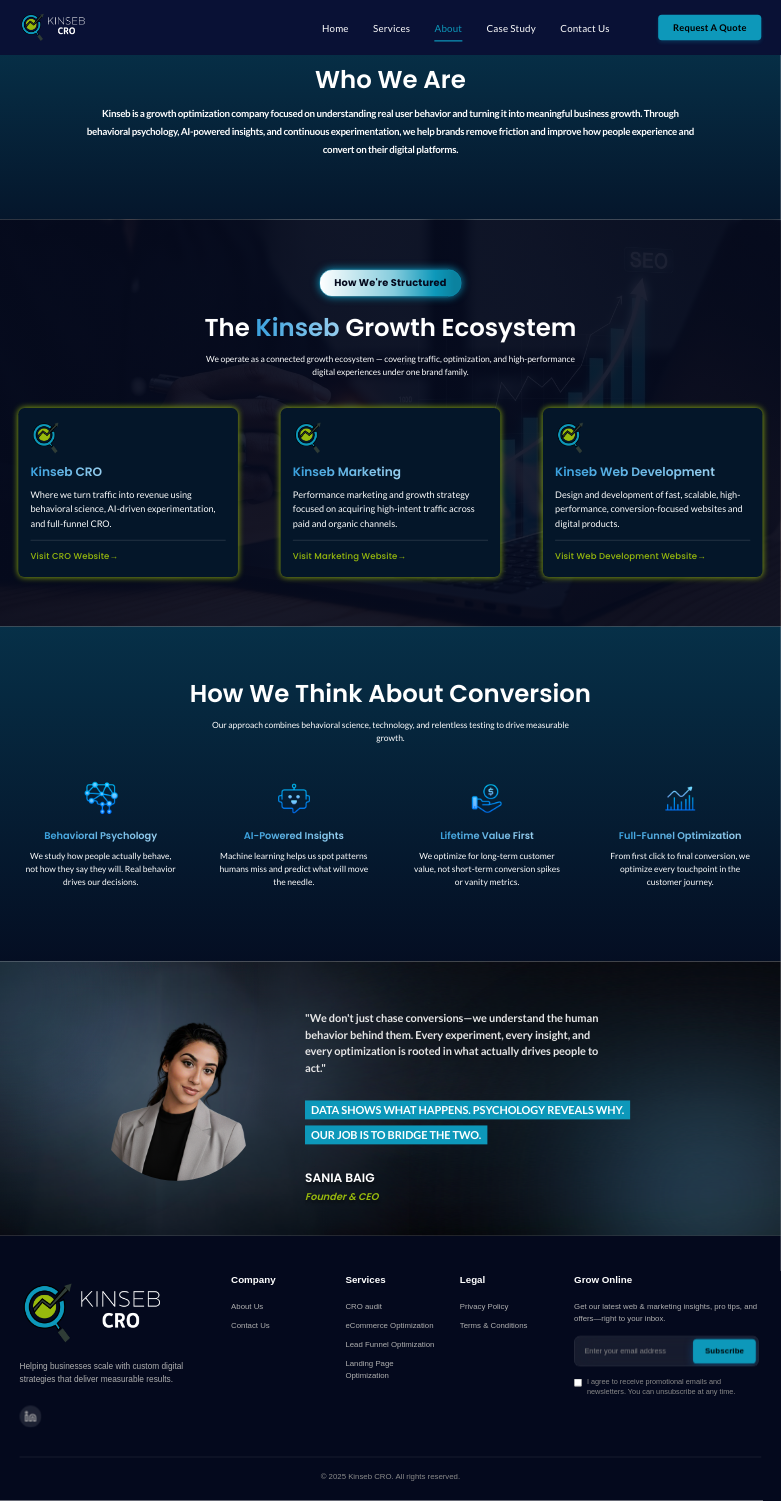
Repository: YahyaK01/kinseb
Page: /about
These files come from the project's save history. The page is drawn as it stood at one moment and after the next save; the edit follows.
The browser window is 1280 px wide. The pictures show the whole page, at 61% of full size.
The project was rebuilt for these pictures with package versions that can differ from the ones it lists, and the page was loaded fresh each time. Also part of the build but not shown: src/components/FAQ.js, src/components/CTA.jsx, src/components/MetricsSection.jsx, src/components/WhyCROMatter.jsx, src/components/Processsection.jsx, src/components/Hero.jsx, src/components/marquee.jsx, src/components/Testimonia.jsx and 22 more.

Above is the page before, as saved 2025-12-11 18:39:31.

### public/index.html
<!DOCTYPE html>
<html lang="en">
  <head>
    <meta charset="utf-8" />
    <link rel="icon" href="/images/website-logo.png" />
    <meta name="viewport" content="width=device-width, initial-scale=1" />
    <meta name="theme-color" content="#000000" />
    <meta
      name="description"
      content="Kinseb CRO - Your trusted partner for Conversion Rate Optimization. We specialize in data-driven CRO strategies, A/B testing, user experience optimization, and conversion funnel analysis to maximize your website's performance and ROI."
    />
    <meta name="keywords" content="conversion rate optimization, CRO services, A/B testing, conversion funnel optimization, user experience optimization, website optimization, Kinseb CRO, landing page optimization, conversion strategy, increase conversions" />
    <meta name="author" content="Kinseb CRO" />
    <meta property="og:title" content="Kinseb CRO - Conversion Rate Optimization Experts" />
    <meta property="og:description" content="Your trusted partner for data-driven Conversion Rate Optimization. We help businesses maximize their website conversions through strategic testing and optimization." />
    <meta property="og:image" content="/images/website-logo.png" />
    <meta property="og:type" content="website" />
    <meta name="twitter:card" content="summary_large_image" />
    <meta name="twitter:title" content="Kinseb CRO - Conversion Rate Optimization Experts" />
    <meta name="twitter:description" content="Your trusted partner for data-driven Conversion Rate Optimization. Turn more visitors into customers with strategic testing and optimization." />
    <meta name="twitter:image" content="/images/logo.png" />
    <link rel="apple-touch-icon" href="/images/logo.png" />

    <!-- Preconnect to Google Fonts (speeds up font loading) -->
    <link rel="preconnect" href="https://fonts.googleapis.com">
    <link rel="preconnect" href="https://fonts.gstatic.com" crossorigin>

    <!-- Async load fonts (non-blocking - won't delay page render) -->
    <link rel="preload" as="style" href="https://fonts.googleapis.com/css2?family=Poppins:wght@300;400;500;600;700&display=swap" onload="this.onload=null;this.rel='stylesheet'">
    <link rel="preload" as="style" href="https://fonts.googleapis.com/css2?family=Lato:wght@100;300;400;700;900&display=swap" onload="this.onload=null;this.rel='stylesheet'">

    <!-- Fallback for browsers without JavaScript -->
    <noscript>
      <link rel="stylesheet" href="https://fonts.googleapis.com/css2?family=Poppins:wght@300;400;500;600;700&display=swap">
      <link rel="stylesheet" href="https://fonts.googleapis.com/css2?family=Lato:wght@100;300;400;700;900&display=swap">
    </noscript>

    <!--
      manifest.json provides metadata used when your web app is installed on a
      user's mobile device or desktop. See https://developers.google.com/web/fundamentals/web-app-manifest/
    -->
    <link rel="manifest" href="%PUBLIC_URL%/manifest.json" />
    <!--
      Notice the use of %PUBLIC_URL% in the tags above.
      It will be replaced with the URL of the `public` folder during the build.
      Only files inside the `public` folder can be referenced from the HTML.

      Unlike "/favicon.ico" or "favicon.ico", "%PUBLIC_URL%/favicon.ico" will
      work correctly both with client-side routing and a non-root public URL.
      Learn how to configure a non-root public URL by running `npm run build`.
    -->
    <title>Kinseb CRO - Conversion Rate Optimization Experts</title>
  </head>
  <body>
    <noscript>You need to enable JavaScript to run this app.</noscript>
    <div id="root"></div>
    <!--
      This HTML file is a template.
      If you open it directly in the browser, you will see an empty page.

      You can add webfonts, meta tags, or analytics to this file.
      The build step will place the bundled scripts into the <body> tag.

      To begin the development, run `npm start` or `yarn start`.
      To create a production bundle, use `npm run build` or `yarn build`.
    -->
  </body>
</html>

### src/components/CEO.jsx
import React, { useEffect, useRef, useState } from 'react';

const FounderQuote = () => {
  const [isVisible, setIsVisible] = useState(false);
  const sectionRef = useRef(null);

  useEffect(() => {
    const observer = new IntersectionObserver(
      ([entry]) => {
        if (entry.isIntersecting) {
          setIsVisible(true);
        }
      },
      {
        threshold: 0.1,
        rootMargin: '0px',
      }
    );

    if (sectionRef.current) {
      observer.observe(sectionRef.current);
    }

    return () => {
      if (sectionRef.current) {
        observer.unobserve(sectionRef.current);
      }
    };
  }, []);

  return (
    <>
      <style>
        {`
          .founder-quote-section {
            position: relative;
            width: 100%;
            max-width: 1440px;
            height: 400px;
            margin: 0 auto;
            background: url('/images/112.png');
            background-size: cover;
            background-position: center;
            overflow: hidden;
            opacity: 0;
            visibility: hidden;
            transform: translateY(50px);
            transition: opacity 0.8s ease-out, transform 0.8s ease-out, visibility 0s 0.8s;
          }

          .founder-quote-section.visible {
            opacity: 1;
            visibility: visible;
            transform: translateY(0);
            transition: opacity 0.8s ease-out, transform 0.8s ease-out, visibility 0s 0s;
          }

          .blur-ellipse-right {
            position: absolute;
            width: 346px;
            height: 171px;
            right: -50px;
            bottom: -20px;
            background: linear-gradient(263.69deg, #FFFFFF -108.11%, #3AA1DE 98.19%);
            filter: blur(150px);
            border-radius: 50%;
            pointer-events: none;
          }

          .blur-ellipse-left {
            position: absolute;
            width: 197px;
            height: 154px;
            left: -93px;
            top: -26px;
            background: linear-gradient(263.69deg, #FFFFFF -108.11%, #3AA1DE 98.19%);
            filter: blur(150px);
            border-radius: 50%;
            pointer-events: none;
          }

          .founder-image-container {
            position: absolute;
            width: 328px;
            height: 309px;
            left: 256px;
            top: 38px;
            opacity: 0;
            transform: scale(0.8);
            transition: opacity 1s ease-out 0.3s, transform 1s ease-out 0.3s;
          }

          .founder-quote-section.visible .founder-image-container {
            opacity: 1;
            transform: scale(1);
          }

          .founder-image {
            width: 100%;
            height: 100%;
            object-fit: cover;
            border-radius: 164px;
          }

          .quote-content-wrapper {
            position: absolute;
            display: flex;
            flex-direction: column;
            justify-content: center;
            align-items: flex-start;
            padding: 0;
            gap: 20px;
            width: 558px;
            left: 703px;
            top: 70.5px;
            opacity: 0;
            transform: translateX(50px);
            transition: opacity 1s ease-out 0.5s, transform 1s ease-out 0.5s;
          }

          .founder-quote-section.visible .quote-content-wrapper {
            opacity: 1;
            transform: translateX(0);
          }

          .quote-text {
            width: 100%;
            font-family: 'Lato', sans-serif;
            font-weight: 600;
            font-size: 18px;
            line-height: 150%;
            letter-spacing: -0.006em;
            color: #E6E6E6;
            margin: 0 0 20px 0;
          }

          .highlight-tags {
            display: flex;
            flex-direction: column;
            align-items: flex-start;
            gap: 10px;
            width: 100%;
            margin-bottom: 20px;
          }

          .highlight-tag {
            display: flex;
            justify-content: center;
            align-items: center;
            padding: 2px 10px;
            background: #0D98BA;
            font-family: 'Lato', sans-serif;
            font-weight: 700;
            font-size: 18px;
            line-height: 150%;
            letter-spacing: -0.006em;
            text-transform: uppercase;
            color: #FFFFFF;
            white-space: nowrap;
          }

          .author-info {
            display: flex;
            flex-direction: column;
            gap: 5px;
          }

          .author-name {
            font-family: 'Poppins', sans-serif;
            font-weight: 600;
            font-size: 20px;
            line-height: 30px;
            color: #FFFFFF;
            text-shadow: 0px 4px 4px rgba(0, 0, 0, 0.4);
            margin: 0;
          }

          .author-title {
            font-family: 'Poppins', sans-serif;
            font-style: italic;
            font-weight: 600;
            font-size: 16px;
            line-height: 24px;
            color: #98BA0D;
            text-shadow: 0px 4px 4px rgba(0, 0, 0, 0.4);
            margin: 0;
          }

          /* Tablet styles */
          @media screen and (max-width: 1280px) {
            .founder-quote-section {
              height: 450px;
            }

            .founder-image-container {
              width: 280px;
              height: 280px;
              left: 150px;
              top: 80px;
            }

            .quote-content-wrapper {
              width: 500px;
              left: 500px;
              top: 80px;
            }
          }

          /* Tablet - Reposition elements */
          @media screen and (max-width: 1024px) {
            .founder-quote-section {
              height: 500px;
            }

            .founder-image-container {
              width: 250px;
              height: 250px;
              left: 100px;
              top: 120px;
            }

            .quote-content-wrapper {
              width: 450px;
              left: 400px;
              top: 100px;
            }

            .quote-text {
              font-size: 16px;
            }

            .highlight-tag {
              font-size: 16px;
            }
          }

          /* Mobile styles - Stack vertically */
          @media screen and (max-width: 768px) {
            .founder-quote-section {
              height: auto;
              min-height: 600px;
              padding: 60px 24px;
              display: flex;
              flex-direction: column;
              align-items: center;
              justify-content: center;
              gap: 30px;
            }

            .founder-image-container {
              position: relative;
              width: 200px;
              height: 200px;
              left: auto;
              top: auto;
              margin: 0 auto;
            }

            .quote-content-wrapper {
              position: relative;
              width: 100%;
              max-width: 500px;
              left: auto;
              top: auto;
              padding: 0 20px;
            }

            .quote-text {
              font-size: 16px;
              text-align: center;
            }

            .highlight-tags {
              align-items: center;
              width: 100%;
            }

            .highlight-tag {
              font-size: 14px;
              padding: 4px 12px;
              text-align: center;
              width: auto;
            }

            .author-info {
              align-items: center;
              text-align: center;
            }

            .author-name {
              font-size: 18px;
              line-height: 28px;
            }

            .author-title {
              font-size: 14px;
              line-height: 22px;
            }
          }

          /* Small mobile styles */
          @media screen and (max-width: 480px) {
            .founder-quote-section {
              min-height: 550px;
              padding: 50px 20px;
              gap: 25px;
            }

            .founder-image-container {
              width: 180px;
              height: 180px;
            }

            .quote-content-wrapper {
              padding: 0 10px;
            }

            .quote-text {
              font-size: 15px;
              line-height: 24px;
            }

            .highlight-tag {
              font-size: 13px;
              padding: 3px 10px;
            }

            .author-name {
              font-size: 17px;
              line-height: 26px;
            }

            .author-title {
              font-size: 13px;
              line-height: 20px;
            }
          }
        `}
      </style>

      <section
        ref={sectionRef}
        className={`founder-quote-section ${isVisible ? 'visible' : ''}`}
      >
        {/* Decorative Blur Elements */}
        <div className="blur-ellipse-left"></div>
        <div className="blur-ellipse-right"></div>

        {/* Founder Image */}
        <div className="founder-image-container">
          <img
            src="/images/113.png"
            alt="Sania Baig - Founder"
            className="founder-image"
          />
        </div>

        {/* Quote Content */}
        <div className="quote-content-wrapper">
          <p className="quote-text">
            "We don't just chase conversions—we understand the human behavior behind them. Every experiment, every insight, and every optimization is rooted in what actually drives people to act."
          </p>

          <div className="highlight-tags">
            <div className="highlight-tag">
              Data shows what happens. Psychology reveals why.
            </div>
            <div className="highlight-tag">
              Our job is to bridge the two.
            </div>
          </div>

          <div className="author-info">
            <h3 className="author-name">SANIA BAIG</h3>
            <p className="author-title">Founder & CEO</p>
          </div>
        </div>
      </section>
    </>
  );
};

export default FounderQuote;

Loaded but not shown: src/index.js (common file); src/index.css (common file); src/reportWebVitals.js (common file); src/components/Footer.js (596 lines, source omitted); src/App.js (31 lines, source omitted); src/Pages/AboutPage.js (17 lines, source omitted); src/components/Navbar.jsx (1589 lines, source omitted); src/components/GrowthEcosystem.jsx (483 lines, source omitted); src/components/HowWeThink.jsx (372 lines, source omitted); src/components/WhoWeAre.jsx (178 lines, source omitted)

After the next save:
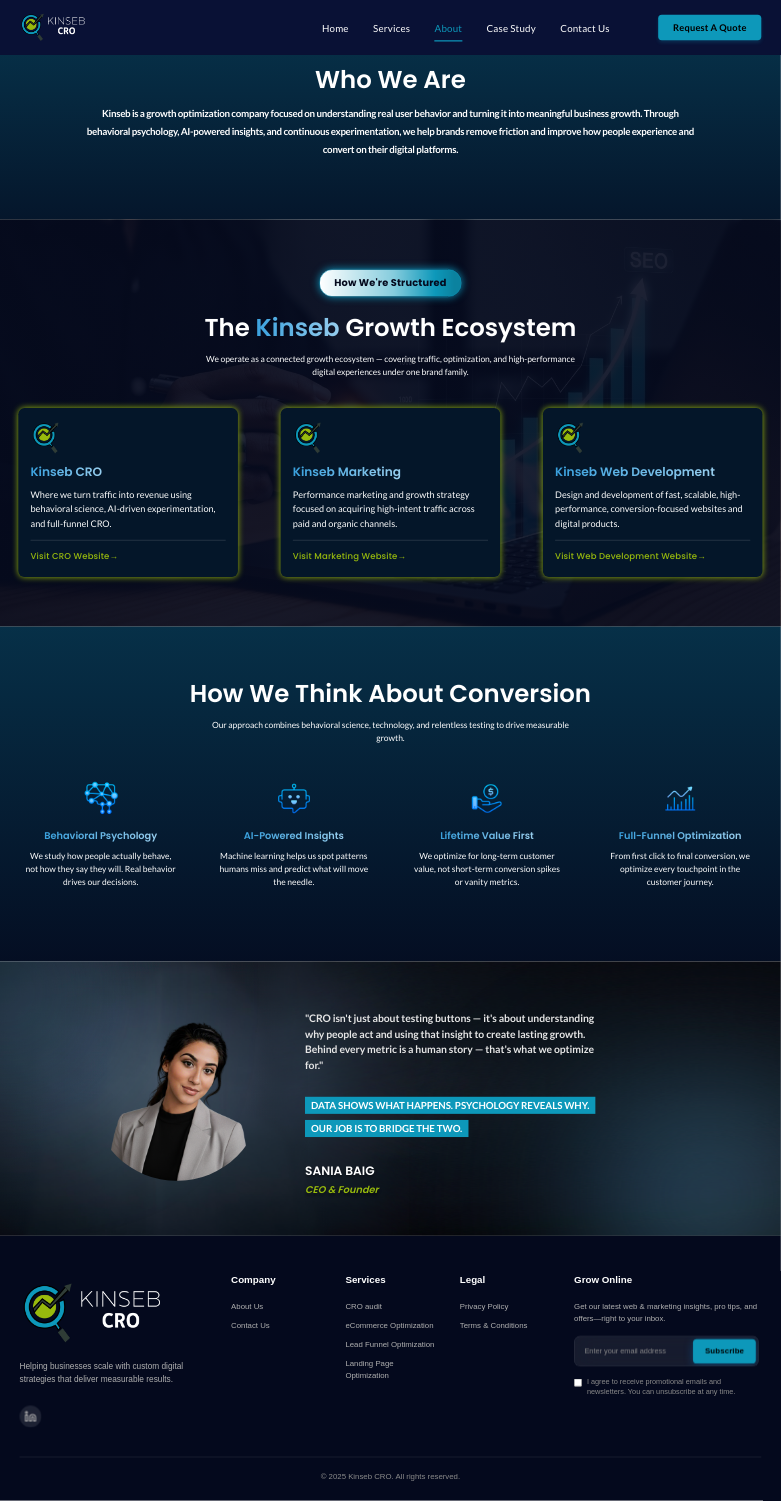
Saved 2 min 16 s later.
--- a/src/components/CEO.jsx
+++ b/src/components/CEO.jsx
@@ -84,7 +84,7 @@
             width: 328px;
             height: 309px;
             left: 256px;
-            top: 38px;
+            top: 45px;
             opacity: 0;
             transform: scale(0.8);
             transition: opacity 1s ease-out 0.3s, transform 1s ease-out 0.3s;
@@ -204,6 +204,14 @@
               left: 500px;
               top: 80px;
             }
+
+            .quote-text {
+              font-size: 17px;
+            }
+
+            .highlight-tag {
+              font-size: 16px;
+            }
           }
 
           /* Tablet - Reposition elements */
@@ -230,7 +238,7 @@
             }
 
             .highlight-tag {
-              font-size: 16px;
+              font-size: 15px;
             }
           }
 
@@ -358,7 +366,7 @@
         {/* Quote Content */}
         <div className="quote-content-wrapper">
           <p className="quote-text">
-            "We don't just chase conversions—we understand the human behavior behind them. Every experiment, every insight, and every optimization is rooted in what actually drives people to act."
+            "CRO isn't just about testing buttons — it's about understanding why people act and using that insight to create lasting growth. Behind every metric is a human story — that's what we optimize for."
           </p>
 
           <div className="highlight-tags">
@@ -372,7 +380,7 @@
 
           <div className="author-info">
             <h3 className="author-name">SANIA BAIG</h3>
-            <p className="author-title">Founder & CEO</p>
+            <p className="author-title">CEO & Founder</p>
           </div>
         </div>
       </section>

After the save that followed:
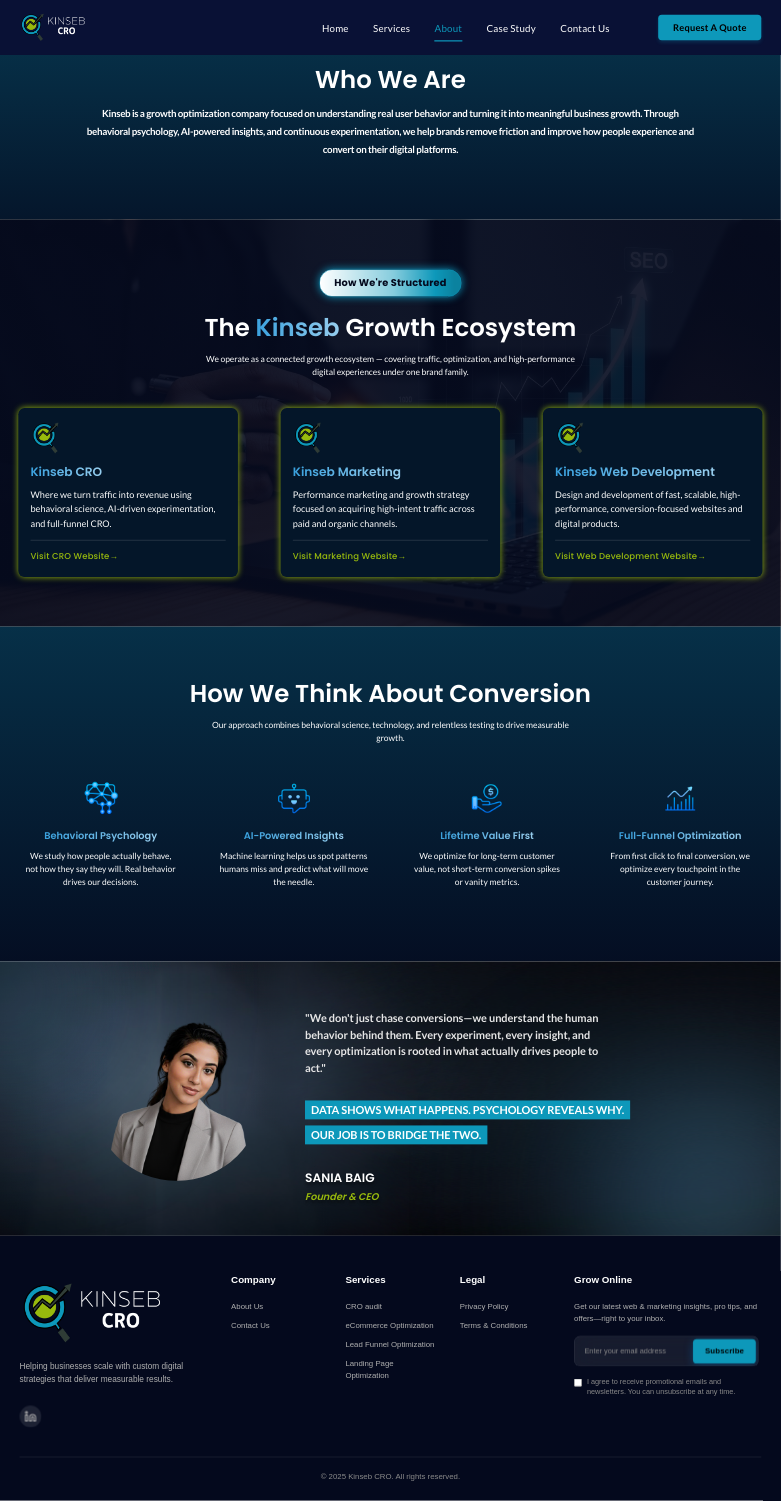
Saved 7 s later.
--- a/src/components/CEO.jsx
+++ b/src/components/CEO.jsx
@@ -84,7 +84,7 @@
             width: 328px;
             height: 309px;
             left: 256px;
-            top: 45px;
+            top: 38px;
             opacity: 0;
             transform: scale(0.8);
             transition: opacity 1s ease-out 0.3s, transform 1s ease-out 0.3s;
@@ -204,14 +204,6 @@
               left: 500px;
               top: 80px;
             }
-
-            .quote-text {
-              font-size: 17px;
-            }
-
-            .highlight-tag {
-              font-size: 16px;
-            }
           }
 
           /* Tablet - Reposition elements */
@@ -238,7 +230,7 @@
             }
 
             .highlight-tag {
-              font-size: 15px;
+              font-size: 16px;
             }
           }
 
@@ -366,7 +358,7 @@
         {/* Quote Content */}
         <div className="quote-content-wrapper">
           <p className="quote-text">
-            "CRO isn't just about testing buttons — it's about understanding why people act and using that insight to create lasting growth. Behind every metric is a human story — that's what we optimize for."
+            "We don't just chase conversions—we understand the human behavior behind them. Every experiment, every insight, and every optimization is rooted in what actually drives people to act."
           </p>
 
           <div className="highlight-tags">
@@ -380,7 +372,7 @@
 
           <div className="author-info">
             <h3 className="author-name">SANIA BAIG</h3>
-            <p className="author-title">CEO & Founder</p>
+            <p className="author-title">Founder & CEO</p>
           </div>
         </div>
       </section>
